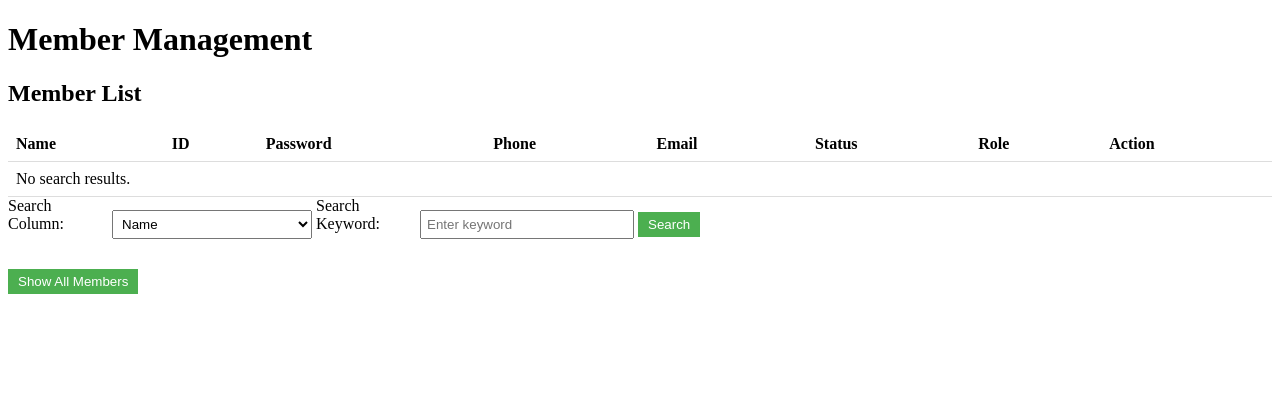
Repository: i-kemen/jsp
Page: http://localhost/WebTest/MemberManagementOKServlet
The author's editor kept a copy of each file at every save. The page is drawn from the files as they stood at one save, then again after the next save.
The browser window is 1280 px wide. The pictures show the whole page.
The page is served by Tomcat 10. Other server files are loaded and not shown.

Above is the page before, as saved 2023-06-27 04:09:06.

### WebTest/src/main/webapp/memberManagement.jsp
<%@ page language="java" contentType="text/html; charset=UTF-8" pageEncoding="UTF-8" %>
<%@ page import="java.util.List" %>
<%@ page import="com.member.MemberDTO" %>
<%@ page import="com.member.MemberDAO" %>
<!DOCTYPE html>
<html>
<head>
    <meta charset="UTF-8">
    <title>Member Management</title>
    <style>
        table {
            width: 100%;
            border-collapse: collapse;
        }

        th, td {
            padding: 8px;
            text-align: left;
            border-bottom: 1px solid #ddd;
        }

        tr:hover {
            background-color: #f5f5f5;
        }

        form {
            margin-bottom: 20px;
        }

        label {
            display: inline-block;
            width: 100px;
        }

        input[type="text"],
        input[type="password"],
        input[type="email"],
        select {
            margin-bottom: 10px;
            padding: 5px;
            width: 200px;
        }

        input[type="submit"] {
            padding: 5px 10px;
            background-color: #4CAF50;
            color: white;
            border: none;
            cursor: pointer;
        }

        input[type="submit"]:hover {
            background-color: #45a049;
        }


        .back-button {
            display: inline-block;
            padding: 8px 16px;
            background-color: #4CAF50;
            color: white;
            text-decoration: none;
            border-radius: 4px;
            cursor: pointer;
        }

        .back-button:hover {
            background-color: #45a049;
        }

    </style>
</head>
<body>
    <h1>Member Management</h1>

    <h2>Member List</h2>

    <table>
        <tr>
            <th>Name</th>
            <th>ID</th>
            <th>Password</th>
            <th>Phone</th>
            <th>Email</th>
            <th>Status</th>
            <th>Role</th>
            <th>Action</th>
        </tr>
        <% List<MemberDTO> memberList = (List<MemberDTO>) request.getAttribute("memberList");
           if (memberList != null && !memberList.isEmpty()) {
               for (MemberDTO member : memberList) { %>
                   <tr>
                       <td><%= member.getName() %></td>
                       <td><%= member.getId() %></td>
                       <td><%= member.getPassword() %></td>
                       <td><%= maskPhoneNumber(member.getPhone()) %></td>
                       <td><%= member.getEmail() %></td>
                       <td><%= member.getMemberStatus() %></td>
                       <td><%= member.getMemberRole() %></td>
                       <td>
<form method="post" action="adminModify.jsp">
    <input type="hidden" name="memberId" value="<%= member.getId() %>">
    <button type="submit">Edit</button>
</form>



                       </td>
                   </tr>
               <% }
           } else { %>
               <tr>
                   <td colspan="8">No search results.</td>
               </tr>
           <% } %>
    </table>

    <form method="post" action="MemberManagementOKServlet">
        <input type="hidden" name="action" value="search">
        <label for="searchColumn">Search Column:</label>
        <select name="searchColumn" id="searchColumn">
            <option value="name">Name</option>
            <option value="id">ID</option>
            <option value="password">Password</option>
            <option value="phone">Phone</option>
            <option value="email">Email</option>
            <option value="memberStatus">Status</option>
            <option value="memberRole">Role</option>
        </select>
        <label for="searchKeyword">Search Keyword:</label>
        <input type="text" name="searchKeyword" placeholder="Enter keyword">
        <input type="submit" value="Search">
    </form>

 <form method="post" action="MemberManagementOKServlet">
    <input type="hidden" name="action" value="allMembers">
    <input type="submit" value="Show All Members">
</form>


<%!
    // 마스킹된 연락처를 반환하는 함수
    public String maskPhoneNumber(String phoneNumber) {
        if (phoneNumber != null && phoneNumber.startsWith("010-")) {
            return "010-XXXX-XXXX";
        }
        return phoneNumber;
    }
%>

</body>
</html>

### WebTest/src/main/java/MemberManagementOKServlet.java
import java.io.IOException;
import java.util.List;
import com.member.MemberDAO;
import com.member.MemberDTO;
import jakarta.servlet.ServletException;
import jakarta.servlet.annotation.WebServlet;
import jakarta.servlet.http.HttpServlet;
import jakarta.servlet.http.HttpServletRequest;
import jakarta.servlet.http.HttpServletResponse;

@WebServlet("/MemberManagementOKServlet")
public class MemberManagementOKServlet extends HttpServlet {
    private static final long serialVersionUID = 1L;
    private MemberDAO memberDAO;

    public void init() {
        memberDAO = new MemberDAO();
    }

    protected void doGet(HttpServletRequest request, HttpServletResponse response)
            throws ServletException, IOException {
        doPost(request, response);
    }

    protected void doPost(HttpServletRequest request, HttpServletResponse response)
            throws ServletException, IOException {
        String action = request.getParameter("action");

        if (action != null && action.equals("search")) {
            String searchKeyword = request.getParameter("searchKeyword");
            String searchColumn = request.getParameter("searchColumn");
            List<MemberDTO> memberList;
            if (searchKeyword != null && !searchKeyword.isEmpty()) {
                memberList = memberDAO.searchMembers(searchColumn, searchKeyword);
            } else {
                memberList = null;
            }
            request.setAttribute("memberList", memberList);
        } else if (action != null && action.equals("allMembers")) {
            List<MemberDTO> memberList = memberDAO.getAllMembers();
            request.setAttribute("memberList", memberList);
        }

        request.getRequestDispatcher("memberManagement.jsp").forward(request, response);
    }
}

After the next save:
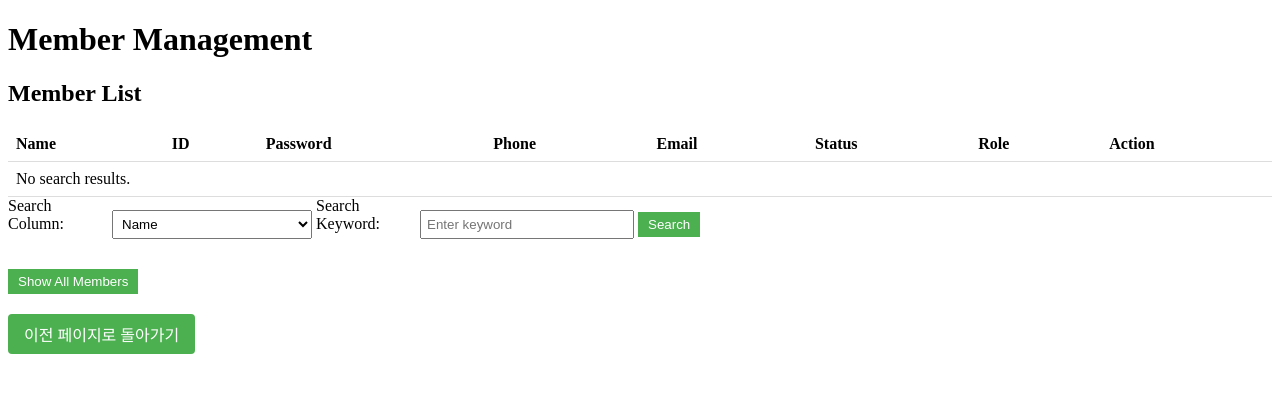
Saved 14 s later.
--- a/WebTest/src/main/webapp/memberManagement.jsp
+++ b/WebTest/src/main/webapp/memberManagement.jsp
@@ -147,6 +147,6 @@
         return phoneNumber;
     }
 %>
-
+<a href="javascript:history.back()" class="back-button">이전 페이지로 돌아가기</a>
 </body>
 </html>
